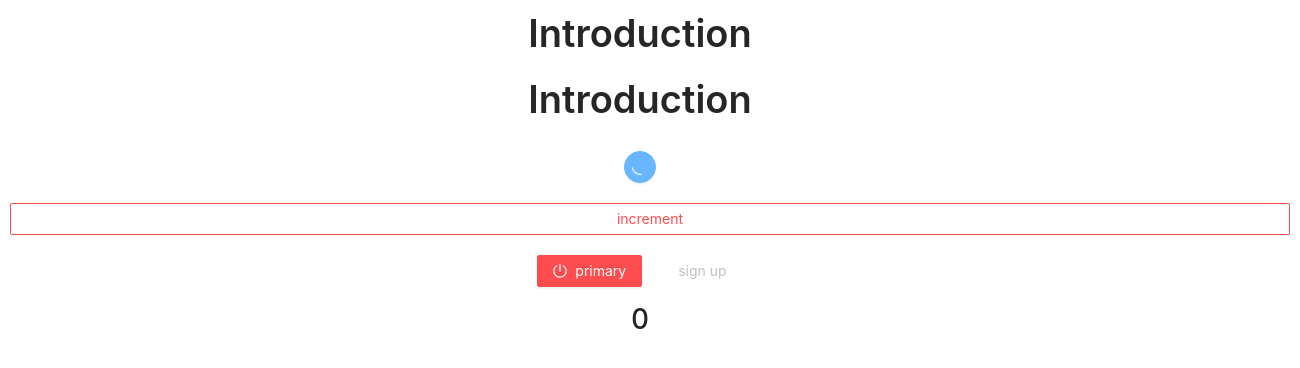
Repository: ErosHai/antd-demo
Page: /
These files come from the project's save history. The page is drawn as it stood at one moment and after a run of saves; the edit follows.
The browser window is 1280 px wide. The page is 1300 px wide, so the pictures cover 1300 px, including what lies to the right of the window. The pictures show the whole page.
The project was rebuilt for these pictures with package versions that can differ from the ones it lists, and the page was loaded fresh each time.

Above is the page before, as saved 2022-04-12 15:12:17.

### src/index.js
import React from 'react'
import { createRoot } from 'react-dom/client'
import './index.css'
import App from './App'
import reportWebVitals from './reportWebVitals'

const root = createRoot(document.getElementById('root'))
root.render(<App />)

// If you want to start measuring performance in your app, pass a function
// to log results (for example: reportWebVitals(console.log))
// or send to an analytics endpoint. Learn more: https://bit.ly/CRA-vitals
reportWebVitals()

### src/App.js
import './App.css'
import { Button, Tooltip, Typography } from 'antd'
import { SearchOutlined } from '@ant-design/icons'
import { useState } from 'react'
import { PoweroffOutlined } from '@ant-design/icons'

function App() {
	const [count, setCount] = useState(0)

	const { Title, Link } = Typography

	return (
		<div className="App">
			<Title>Introduction</Title>
			<Link>
				{' '}
				<Title>Introduction</Title>
			</Link>

			<Tooltip title="search">
				<Button
					type="primary"
					shape="circle"
					loading="true"
					icon={<SearchOutlined />}
				></Button>
			</Tooltip>
			<Button
				type="default"
				onClick={() => {
					setCount(count + 1)
				}}
				block
				ghost
				danger
			>
				increment
			</Button>
			<Button type="primary" danger icon={<PoweroffOutlined />}>
				primary
			</Button>
			<Button type="text" disabled>
				sign up
			</Button>

			<h1> {count} </h1>
		</div>
	)
}

export default App

### src/App.css
@import '~antd/dist/antd.css';

.App {
  text-align: center;
  /* background-color: #282c34; */
  padding:10px 0px;

}
.App button {
  margin:  10px;
}
.App-logo {
  height: 40vmin;
  pointer-events: none;
}

@media (prefers-reduced-motion: no-preference) {
  .App-logo {
    animation: App-logo-spin infinite 20s linear;
  }
}

.App-header {
  background-color: #282c34;
  min-height: 100vh;
  display: flex;
  flex-direction: column;
  align-items: center;
  justify-content: center;
  font-size: calc(10px + 2vmin);
  color: white;
}

.App-link {
  color: #61dafb;
}

@keyframes App-logo-spin {
  from {
    transform: rotate(0deg);
  }
  to {
    transform: rotate(360deg);
  }
}

Loaded but not shown: public/index.html (common file); src/index.css (common file); src/reportWebVitals.js (common file)

After the next 3 saves:
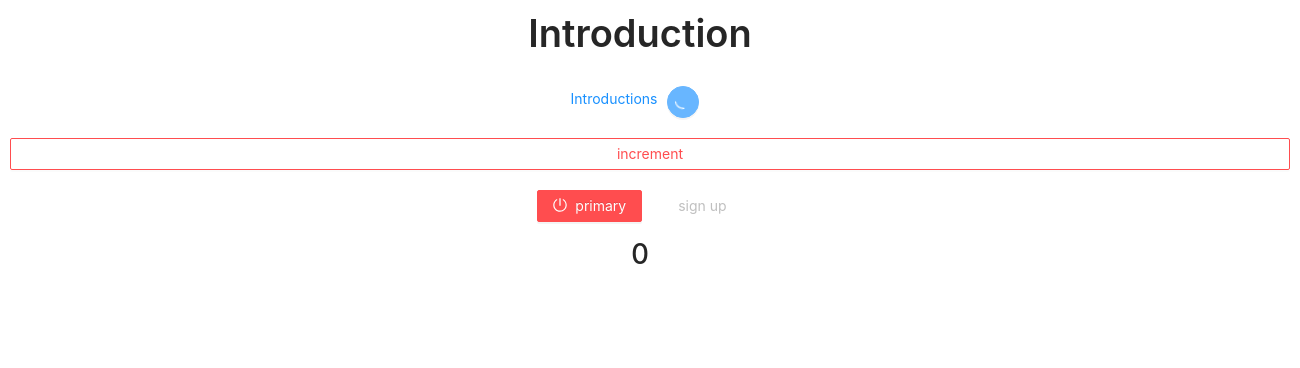
The 3 saves are shown as one change because 1 did not build or start and some came seconds apart.
The last was saved 13 s later.
--- a/src/App.js
+++ b/src/App.js
@@ -12,10 +12,7 @@ function App() {
 	return (
 		<div className="App">
 			<Title>Introduction</Title>
-			<Link>
-				{' '}
-				<Title>Introduction</Title>
-			</Link>
+			<Link>Introductions</Link>
 
 			<Tooltip title="search">
 				<Button
